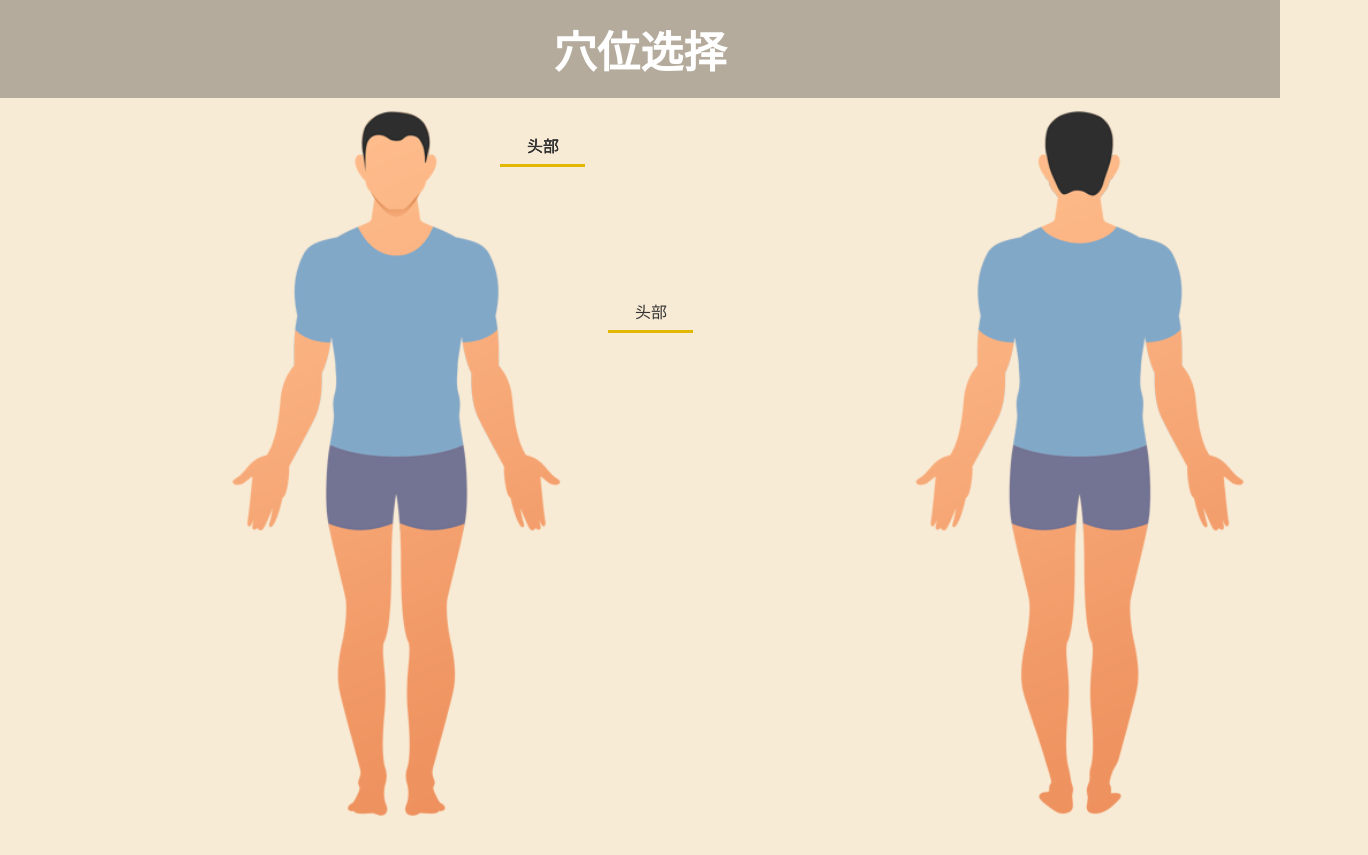
Repository: chjyume/zhongyi
Page: xuewei.html
These files come from the project's save history. The page is drawn as it stood at one moment and after the next save; the edit follows.
The browser window is 1280 px wide. The page is 1368 px wide, so the pictures cover 1368 px, including what lies to the right of the window. The pictures show the whole page.

Above is the page before, as saved 2023-09-12 21:03:50.

### xuewei.html
<!DOCTYPE html>
<html>

<head>
  <meta charset="utf-8" />
  <title>穴位</title>
  <link rel="stylesheet" type="text/css" href="css/xuewei.css">
</head>

<body>
  <header class="top-bar">
    <h1>穴位选择</h1>
  </header>
  <div class="container">
    <img src="img/xuewei/man1.png" alt="正面" class="img1">
    <img src="img/xuewei/man2.png" alt="反面" class="img2">
    <div class="btn1">
      <div class="btn-wrapper"> <svg height="45" width="150" xmlns="#">
          <rect id="button1" height="45" width="150"></rect>
        </svg>
        <div id="text"> <a href="">头部</a> </div>
      </div>
    </div>
    <div class="btn2">
      <div class="btn-wrapper"> <svg height="45" width="150" xmlns="#">
          <rect id="button1" height="45" width="150"></rect>
        </svg>
        <div id="text"> <a href="">头部</a> </div>
      </div>
    </div>
    <div class="btn1">
      <div class="btn-wrapper"> <svg height="45" width="150" xmlns="#">
          <rect id="button1" height="45" width="150"></rect>
        </svg>
        <div id="text"> <a href="">头部</a> </div>
      </div>
    </div>
    <div class="btn1">
      <div class="btn-wrapper"> <svg height="45" width="150" xmlns="#">
          <rect id="button1" height="45" width="150"></rect>
        </svg>
        <div id="text"> <a href="">头部</a> </div>
      </div>
    </div>
  </div>
</body>

</html>

### css/xuewei.css
body{
    background-color: rgb(248, 235, 213);
    margin: 0;
    padding: 0;
}
.top-bar {
background-color: #33333358;
color: #fff;
padding: 2.5vh;
text-align: center;
top: 0;
left: 0;
width: 100%;
box-sizing: border-box;

}

.top-bar h1 {
font-size: 6vh;
margin: 0;
}

.img1{
    width: 80vh;
    position: absolute;
    top:10vh;
    left:15vh;
    z-index: 1;
}
.img2 {
    width: 80vh;
    position: absolute;
    top: 10vh;
    left: 110vh;
    z-index: 1;
}
.btn1{
    position: absolute;
    top: 17vh;
    left: 65vh;
}
.btn2 {
    position: absolute;
    top: 40vh;
    left: 80vh;
}
.btn3 {
    position: absolute;
    top: 90vh;
    left: 45vh;
}
.btn-wrapper {
    z-index: 2;
    position: absolute;
    float: left;
    line-height: 45px;
    display: inline-block;
    margin-right: 2em;
    text-align: center;
}

#button1 {
    stroke-width: 6px;
    fill: transparent;
    stroke:#e1b700;
    stroke-dasharray: 85 400;
    stroke-dashoffset: -228;
    transition: 1s all ease;
}

.btn-wrapper:hover #button1 {
    stroke-dasharray: 50 0;
    stroke-width: 3px;
    stroke-dashoffset: 0;
    stroke: #e1b700;
}

#text {
    margin-top: -60px;
    text-align: center;
}

#text a {
    color: #333;
    text-decoration: none;
    font-weight: 400;
}

After the next save:
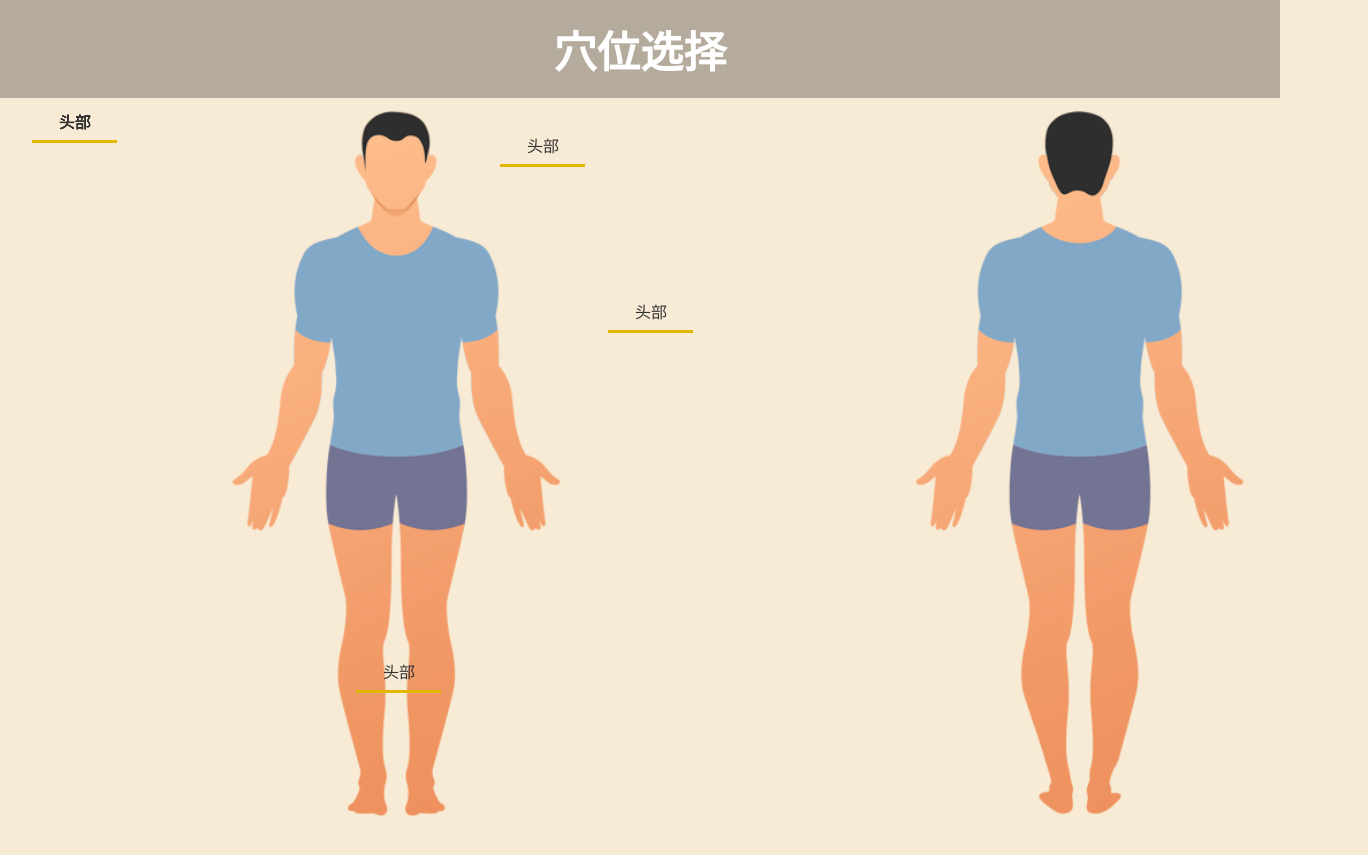
Saved 8 s later.
--- a/xuewei.html
+++ b/xuewei.html
@@ -28,14 +28,42 @@
         <div id="text"> <a href="">头部</a> </div>
       </div>
     </div>
-    <div class="btn1">
+    <div class="btn3">
       <div class="btn-wrapper"> <svg height="45" width="150" xmlns="#">
           <rect id="button1" height="45" width="150"></rect>
         </svg>
         <div id="text"> <a href="">头部</a> </div>
       </div>
     </div>
-    <div class="btn1">
+    <div class="btn4">
+      <div class="btn-wrapper"> <svg height="45" width="150" xmlns="#">
+          <rect id="button1" height="45" width="150"></rect>
+        </svg>
+        <div id="text"> <a href="">头部</a> </div>
+      </div>
+    </div>
+    <div class="btn4">
+      <div class="btn-wrapper"> <svg height="45" width="150" xmlns="#">
+          <rect id="button1" height="45" width="150"></rect>
+        </svg>
+        <div id="text"> <a href="">头部</a> </div>
+      </div>
+    </div>
+    <div class="btn4">
+      <div class="btn-wrapper"> <svg height="45" width="150" xmlns="#">
+          <rect id="button1" height="45" width="150"></rect>
+        </svg>
+        <div id="text"> <a href="">头部</a> </div>
+      </div>
+    </div>
+    <div class="btn4">
+      <div class="btn-wrapper"> <svg height="45" width="150" xmlns="#">
+          <rect id="button1" height="45" width="150"></rect>
+        </svg>
+        <div id="text"> <a href="">头部</a> </div>
+      </div>
+    </div>
+    <div class="btn4">
       <div class="btn-wrapper"> <svg height="45" width="150" xmlns="#">
           <rect id="button1" height="45" width="150"></rect>
         </svg>
